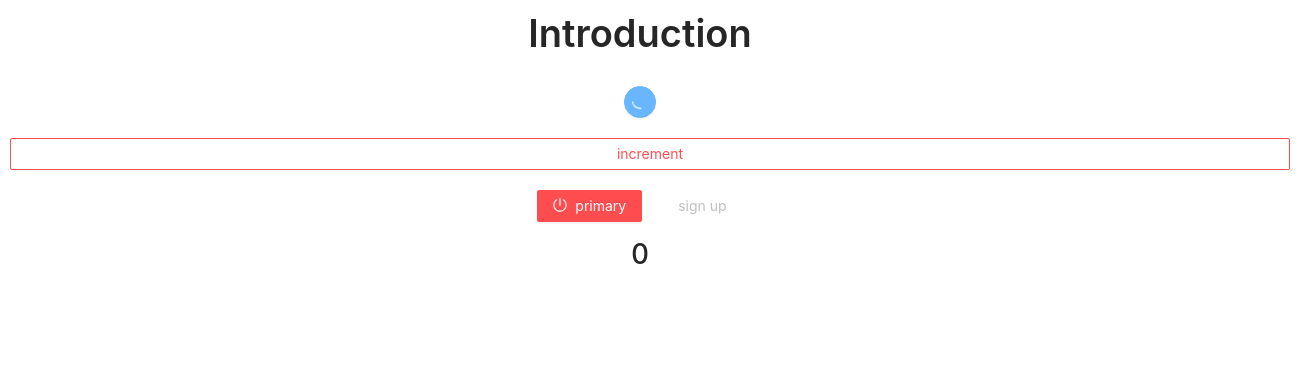
Repository: ErosHai/antd-demo
Page: /
These files come from the project's save history. The page is drawn as it stood at one moment and after the next save; the edit follows.
The browser window is 1280 px wide. The page is 1300 px wide, so the pictures cover 1300 px, including what lies to the right of the window. The pictures show the whole page.
The project was rebuilt for these pictures with package versions that can differ from the ones it lists, and the page was loaded fresh each time.

Above is the page before, as saved 2022-04-12 15:11:43.

After the next save:
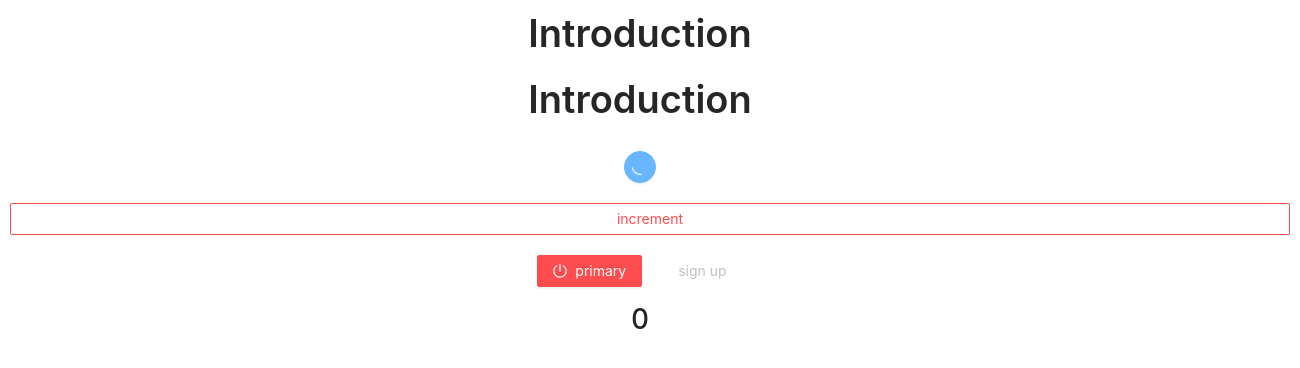
Saved 34 s later.
--- a/src/App.js
+++ b/src/App.js
@@ -12,6 +12,10 @@ function App() {
 	return (
 		<div className="App">
 			<Title>Introduction</Title>
+			<Link>
+				{' '}
+				<Title>Introduction</Title>
+			</Link>
 
 			<Tooltip title="search">
 				<Button
